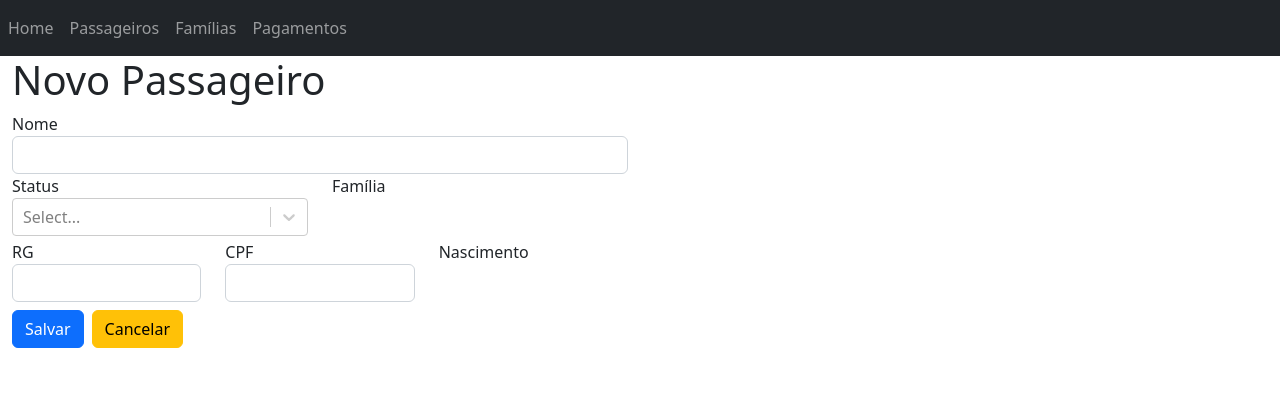
Repository: midianet/trip-web
Page: /passageiro/novo
These files come from the project's save history. The page is drawn as it stood at one moment and after the next save; the edit follows.
The browser window is 1280 px wide. The pictures show the whole page.
The page's requests for data from a server got no answer. The project was rebuilt for these pictures with package versions that can differ from the ones it lists, and the page was loaded fresh each time. No one was signed in, and anything a server would have sent is missing. Also part of the build but not shown: src/home/home.css, src/home/index.js, src/family/FamilyList.js, src/family/FamilyForm.js, src/passenger/PassengerList.js, src/payment/PaymentList.js.

Above is the page before, as saved 2022-07-22 18:39:59.

### src/index.js
import React from 'react'
import ReactDOM from 'react-dom/client'
import App from './App'
import { BrowserRouter } from "react-router-dom"
import 'bootstrap/dist/css/bootstrap.css'

const root = ReactDOM.createRoot(document.getElementById('root'))

root.render(
  <BrowserRouter>
    <App />
  </BrowserRouter>
)

### src/App.js
import React from 'react'
import { Routes, Route} from "react-router-dom"
import { Nav, Alert } from './components'
import { Home } from './home'
import {FamilyList, FamilyForm } from './family'
import {PassengerList, PassengerForm } from './passenger'
import {PaymentList} from './payment';
import {setDefaultLocale } from  "react-datepicker"
import pt from 'date-fns/locale/pt'

import './App.css';

function App() {
  setDefaultLocale(pt)
  return (
    <div className="app-container">
        <Nav />
        <Alert />
        <div>
          <Routes>
            <Route path="/familia/:id" element={<FamilyForm /> }/>
            <Route exact path="/familia/novo" element={<FamilyForm />} />
            <Route exact path="/familia" element={<FamilyList />} />
            <Route path="/passageiro/:id" element={<PassengerForm /> }/>
            <Route exact path="/passageiro/novo" element={<PassengerForm />} />
            <Route exact path="/passageiro" element={<PassengerList />} />
            <Route exact path="/pagamento" element={<PaymentList />} />
            <Route exact path="/" element={<Home />} />
          </Routes>
        </div>
    </div>
  )
}

export default App

### src/components/index.js
export * from './Alert'
export * from './Nav'

### src/family/index.js
export * from './FamilyList'
export * from './FamilyForm'

### src/passenger/index.js
export * from './PassengerList'
export * from './PassengerForm'

### src/payment/index.js
export * from './PaymentList'
//export * from './PaymentForm'

### src/App.css
/* global styles*/
a { cursor: pointer; }

body, html {
  height: 100%;
  margin: 0;
}

.app-container {
    min-height: 100vh;
}

.btn-delete-user {
    width: 40px;
    text-align: center;
    box-sizing: content-box;
}

.disable-page-link{
  cursor: not-allowed;
  color: gray !important;
  pointer-events: none;
  opacity: 0.65;
  box-shadow: none;
}

.invalid-field {
    width: 100%;
    margin-top: 0.25rem;
    font-size: 0.875em;
    color: #dc3545;
}

### src/components/Alert.js
import React, { useState, useEffect } from 'react'
//import { useHistory } from 'react-router-dom'
import PropTypes from 'prop-types'

import { alertService, AlertType } from '../services'

const propTypes = {
    id: PropTypes.string,
    fade: PropTypes.bool
}

const defaultProps = {
    id: 'default-alert',
    fade: true
}

function Alert({ id, fade }) {
    //const history = useHistory();
    const [alerts, setAlerts] = useState([])

    useEffect(() => {
        // subscribe to new alert notifications
        const subscription = alertService.onAlert(id)
            .subscribe(alert => {
                // clear alerts when an empty alert is received
                if (!alert.message) {
                    setAlerts(alerts => {
                        // filter out alerts without 'keepAfterRouteChange' flag
                        const filteredAlerts = alerts.filter(x => x.keepAfterRouteChange)

                        // remove 'keepAfterRouteChange' flag on the rest
                        filteredAlerts.forEach(x => delete x.keepAfterRouteChange)
                        return filteredAlerts;
                    });
                } else {
                    // add alert to array
                    setAlerts(alerts => ([...alerts, alert]));

                    // auto close alert if required
                     if (alert.autoClose) {
                         setTimeout(() => removeAlert(alert), 3000)
                     }
                }
            });

        // clear alerts on location change
        //const historyUnlisten = history.listen(({ pathname }) => {
            // don't clear if pathname has trailing slash because this will be auto redirected again
          //  if (pathname.endsWith('/')) return;

            //alertService.clear(id);
        //});

        // clean up function that runs when the component unmounts
        return () => {
            // unsubscribe & unlisten to avoid memory leaks
            subscription.unsubscribe();
            //historyUnlisten();
        };
    }, []);

    function removeAlert(alert) {
        if (fade) {
            // fade out alert
            const alertWithFade = { ...alert, fade: true };
            setAlerts(alerts => alerts.map(x => x === alert ? alertWithFade : x))

            // remove alert after faded out
            setTimeout(() => {
                setAlerts(alerts => alerts.filter(x => x !== alertWithFade))
            }, 250)
        } else {
            // remove alert
            setAlerts(alerts => alerts.filter(x => x !== alert))
        }
    }

    function cssClasses(alert) {
        if (!alert) return

        const classes = ['alert', 'alert-dismissable']

        const alertTypeClass = {
            [AlertType.Success]: 'alert alert-success',
            [AlertType.Error]: 'alert alert-danger',
            [AlertType.Info]: 'alert alert-info',
            [AlertType.Warning]: 'alert alert-warning'
        }

        classes.push(alertTypeClass[alert.type])

        if (alert.fade) {
            classes.push('fade')
        }

        return classes.join(' ')
    }

    if (!alerts.length) return null;

    return (
        <div className="container">
            <div className="m-3">
                {alerts.map((alert, index) =>
                    <div key={index} className={cssClasses(alert)}>
                        <a style={{float:'right'}} onClick={() => removeAlert(alert)}>&times;</a>
                        <span dangerouslySetInnerHTML={{__html: alert.message}}></span>
                    </div>
                )}
            </div>
        </div>
    )
}

Alert.propTypes = propTypes
Alert.defaultProps = defaultProps

export { Alert }

### src/components/Nav.js
import React from 'react'
import { Link } from "react-router-dom"


function Nav() {
    return (
        <nav className="navbar navbar-expand navbar-dark bg-dark">
            <div className="navbar-nav">
                <Link to="/" className="nav-item nav-link">Home</Link>
                <Link to="/passageiro" className="nav-item nav-link">Passageiros</Link>
                <Link to="/familia" className="nav-item nav-link">Famílias</Link>
                <Link to="/pagamento" className="nav-item nav-link">Pagamentos</Link>
            </div>
        </nav>
    )
}

export { Nav }

### src/passenger/PassengerForm.js
import React, { useEffect, useState} from 'react'
import { Link, useParams, useNavigate} from 'react-router-dom'
import { Controller, useForm, useWatch } from "react-hook-form"
import { yupResolver } from '@hookform/resolvers/yup'
import Select from "react-select"
import DatePicker from "react-datepicker"
import * as Yup from 'yup'

import "react-datepicker/dist/react-datepicker.css"

import {alertService} from '../services'

function PassengerForm() {
    let { id } = useParams()
    let navigate = useNavigate()
    const isAddMode = !id
    const [families , setFamilies]  = useState([])
    const [loaded,setLoaded] = useState(false)
    const [startDate, setStartDate] = useState(new Date());

    const statusList = [
        { value: 'INTERESTED', label: "Interessado" },
        { value: 'ASSOCIATED', label: "Associado" },
        { value: 'CONFIRMED', label: "Confirmado" }
      ];

    const validationScheme = Yup.object().shape({
        name: Yup.string().required('Nome é obrigatório'),
        status: Yup.string().required('Status é obrigatório')
    })

    const {control, register, handleSubmit, watch, reset, setValue, formState: { errors, isSubmitting }} = useForm({
        resolver: yupResolver(validationScheme)
    });

    useEffect(() => {
        loadFamilies()
    }, [])

    useEffect(() =>{
        loadPassenger()
    },[families])

    function onSubmit(data) {
        return isAddMode ? create(data) : update(id, data)
    }

    function create(data) {
        const requestOptions = {
            method: 'POST',
            headers: { 'Content-Type': 'application/json' },
            body: JSON.stringify(data)
        }

        fetch(`${process.env.REACT_APP_API}/passenger`,requestOptions )
        .then(response => {
            if(response.status === 201) {
                alertService.success('Passageiro criado com sucesso', { keepAfterRouteChange: true })
                return navigate("/passageiro")
            }
            throw response
        })
        .catch(err => {
            console.log(err)
            alertService.error("Erro ao cadastrar Passageiro")
        })
    }

    function update(updateId, data) {
        const requestOptions = {
            method: 'PUT',
            headers: { 'Content-Type': 'application/json' },
            body: JSON.stringify(data)
        }
        fetch(`${process.env.REACT_APP_API}/passenger/${updateId}`,requestOptions )
        .then(response => {
            if(response.ok) {
                alertService.success('Passageiro alterado com sucesso', { keepAfterRouteChange: true })
                return navigate("/passageiro")
            }
            throw response
        })
        .catch(err => {
            console.log(err)
            alertService.error("Erro ao alterar Passageiro")
        })
    }

    function loadPassenger(){
        if (!isAddMode) {
            fetch(`${process.env.REACT_APP_API}/passenger/${id}`)
            .then(response => {
                if(response.ok) return response.json()
                throw response
            })
            .then(response => {
                const fields = ['name','status','family','rg']
                fields.forEach(field => setValue(field, response[field]))
                setValue('birthdate', response.birthdate ? new Date(response.birthdate) : null)
            })
            .catch(err => {
                console.log(err)
                alertService.error("Erro ao obter Passageiro")
            })
        }
    }

    function loadFamilies(){
        fetch(`${process.env.REACT_APP_API}/family?size=-1`)
        .then(response => {
            if(response.ok) return response.json()
            throw response
        })
        .then(response => {
            setFamilies(response.content)
            setLoaded(true)
        })
        .catch(err => {
            console.log(err)
            setLoaded(true)
            alertService.error("Erro ao listar Famílias")
        })
    }

    return (
        loaded ? (
            <div className="container-fluid">
                <form onSubmit={handleSubmit(onSubmit)} onReset={reset}>
                    <h1>{isAddMode ? 'Novo Passageiro' : 'Edição de Passageiro'}</h1>
                    <div className="row">
                        <div className="form-group col-6">
                            <label>Nome</label>
                            <input type="text" maxLength="20" {...register("name")} className={`form-control ${errors.name ? 'is-invalid' : ''}`} />
                            <div className="invalid-feedback">{errors.name?.message}</div>
                        </div>
                    </div>
                    <div className="row">
                        <div className="form-group col-3">
                            <label>Status</label>
                            <Controller control={control} name="status"
                            rules={{ required: true }}
                            className={`form-control ${errors.status ? 'is-invalid' : ''}`}
                            render={({field}) => (
                                <Select {...field}
                                    options={statusList}
                                    value={statusList.find(e => e.value === field.value)}
                                    onChange={(e) => setValue('status', e.value)}
                                />
                            )}/>
                            <div className="invalid-field">{errors.status?.message}</div>
                        </div>
                        <div className="form-group col-3">
                            <label>Família</label>

                        </div>
                    </div>
                    <div className="row">
                        <div className="form-group col-2">
                            <label>RG</label>
                            <input type="text" maxLength="101" {...register("rg")} className={`form-control ${errors.rg ? 'is-invalid' : ''}`} />
                        </div>
                        <div className="form-group col-2">
                            <label>CPF</label>
                            <input type="text" maxLength="101" {...register("cpf")} className={`form-control ${errors.cpf ? 'is-invalid' : ''}`} />
                        </div>
                        <div className="form-group col-2">
                            <label>Nascimento</label>

                        </div>
                    </div>
                    <div className="form-row mt-2">
                        <div className="form-group">
                            <button type="submit" disabled={isSubmitting} className="btn btn-primary">
                                {isSubmitting && <span className="spinner-border spinner-border-sm mr-1"></span>}
                                Salvar
                            </button>
                            <Link to="/passageiro" className="btn btn-warning mx-2">Cancelar</Link>
                        </div>
                    </div>
                </form>
            </div>
        ) : <div></div>
    )
}

export { PassengerForm }

### src/services/index.js
export * from './alert.service'

### src/services/alert.service.js
import { Subject } from 'rxjs'
import { filter } from 'rxjs/operators'

const alertSubject = new Subject()
const defaultId = 'default-alert'

export const alertService = {
    onAlert,
    success,
    error,
    info,
    warn,
    alert,
    clear
};

export const AlertType = {
    Success: 'Success',
    Error: 'Error',
    Info: 'Info',
    Warning: 'Warning'
}

// enable subscribing to alerts observable
function onAlert(id = defaultId) {
    return alertSubject.asObservable().pipe(filter(x => x && x.id === id))
}

// convenience methods
function success(message, options) {
    alert({ ...options, type: AlertType.Success, message })
}

function error(message, options) {
    alert({ ...options, type: AlertType.Error, message })
}

function info(message, options) {
    alert({ ...options, type: AlertType.Info, message })
}

function warn(message, options) {
    alert({ ...options, type: AlertType.Warning, message })
}

// core alert method
function alert(alert) {
    alert.id = alert.id || defaultId
    alert.autoClose = (alert.autoClose === undefined ? true : alert.autoClose)
    alertSubject.next(alert)
}

// clear alerts
function clear(id = defaultId) {
    alertSubject.next({ id })
}

Loaded but not shown: public/index.html (common file)

After the next save:
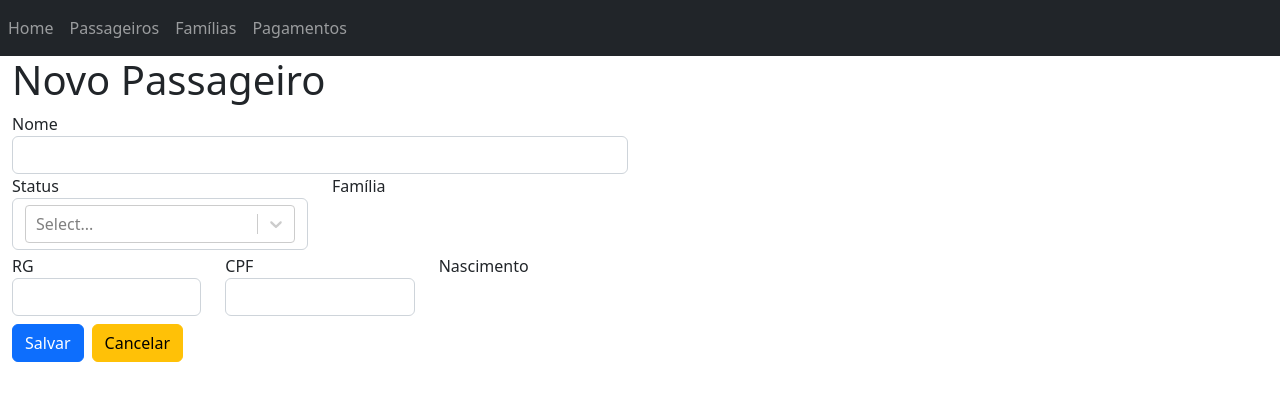
Saved 22 s later.
--- a/src/passenger/PassengerForm.js
+++ b/src/passenger/PassengerForm.js
@@ -139,9 +139,9 @@
                             <label>Status</label>
                             <Controller control={control} name="status"
                             rules={{ required: true }}
-                            className={`form-control ${errors.status ? 'is-invalid' : ''}`}
                             render={({field}) => (
                                 <Select {...field}
+                                    className={`form-control ${errors.status ? 'is-invalid' : ''}`}
                                     options={statusList}
                                     value={statusList.find(e => e.value === field.value)}
                                     onChange={(e) => setValue('status', e.value)}

After the save that followed:
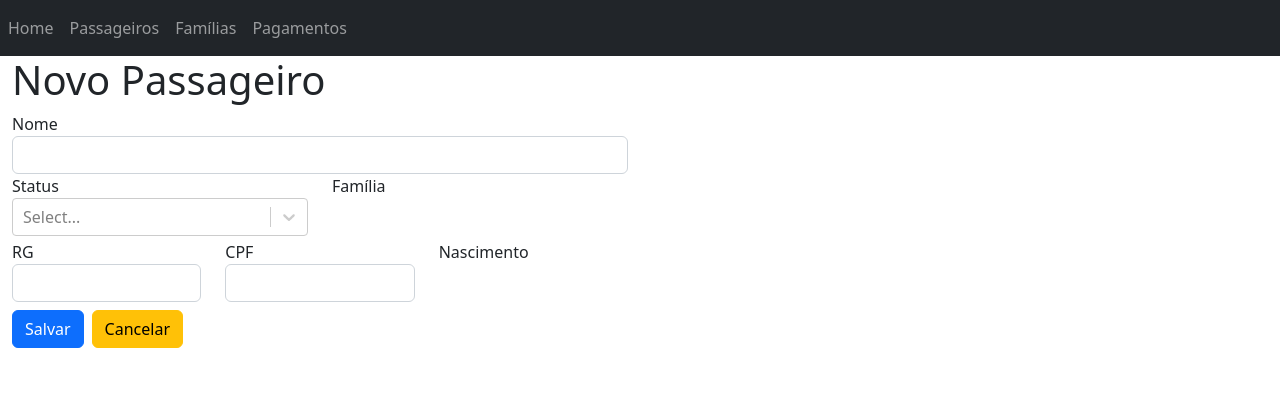
Saved 66 s later.
--- a/src/passenger/PassengerForm.js
+++ b/src/passenger/PassengerForm.js
@@ -141,7 +141,7 @@
                             rules={{ required: true }}
                             render={({field}) => (
                                 <Select {...field}
-                                    className={`form-control ${errors.status ? 'is-invalid' : ''}`}
+                                    className={`${errors.status ? 'is-invalid' : ''}`}
                                     options={statusList}
                                     value={statusList.find(e => e.value === field.value)}
                                     onChange={(e) => setValue('status', e.value)}
